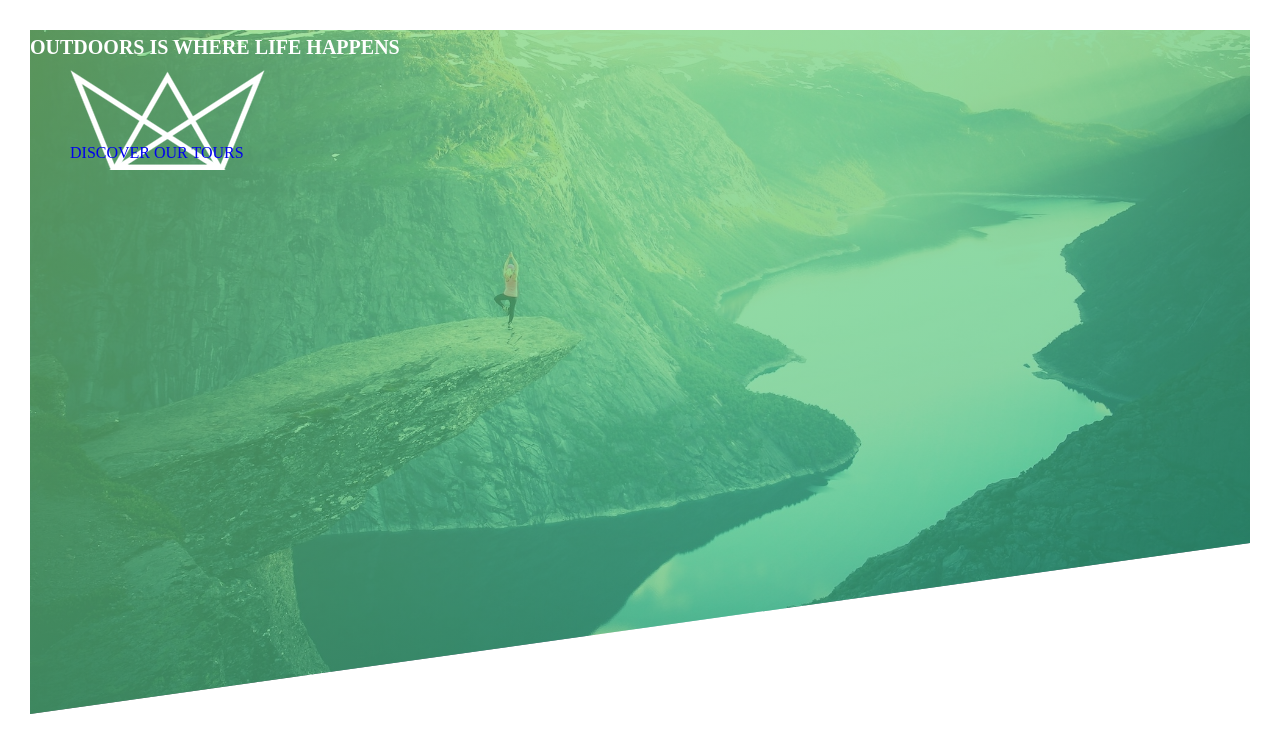
Repository: mohamediyas/cssFloat
Page: index.html
These files come from the project's save history. The page is drawn as it stood at one moment and after the next save; the edit follows.
The browser window is 1280 px wide. The pictures show the whole page.

Above is the page before, as saved 2022-06-21 13:35:33.

After the next save:
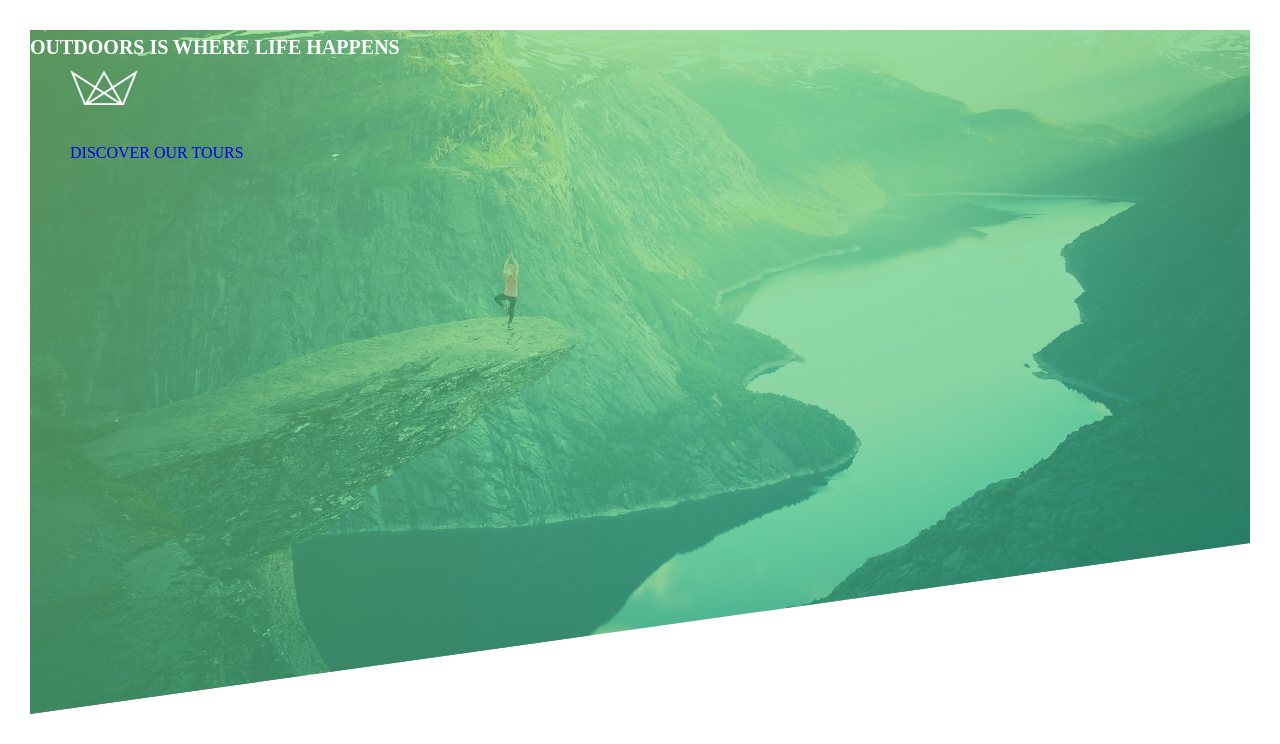
Saved 28 s later.
--- a/css/style.css
+++ b/css/style.css
@@ -49,7 +49,7 @@ body {
   left: 4rem;
 }
 
-.logo {
+.header__logo {
   height: 3.5rem;
 }
 
